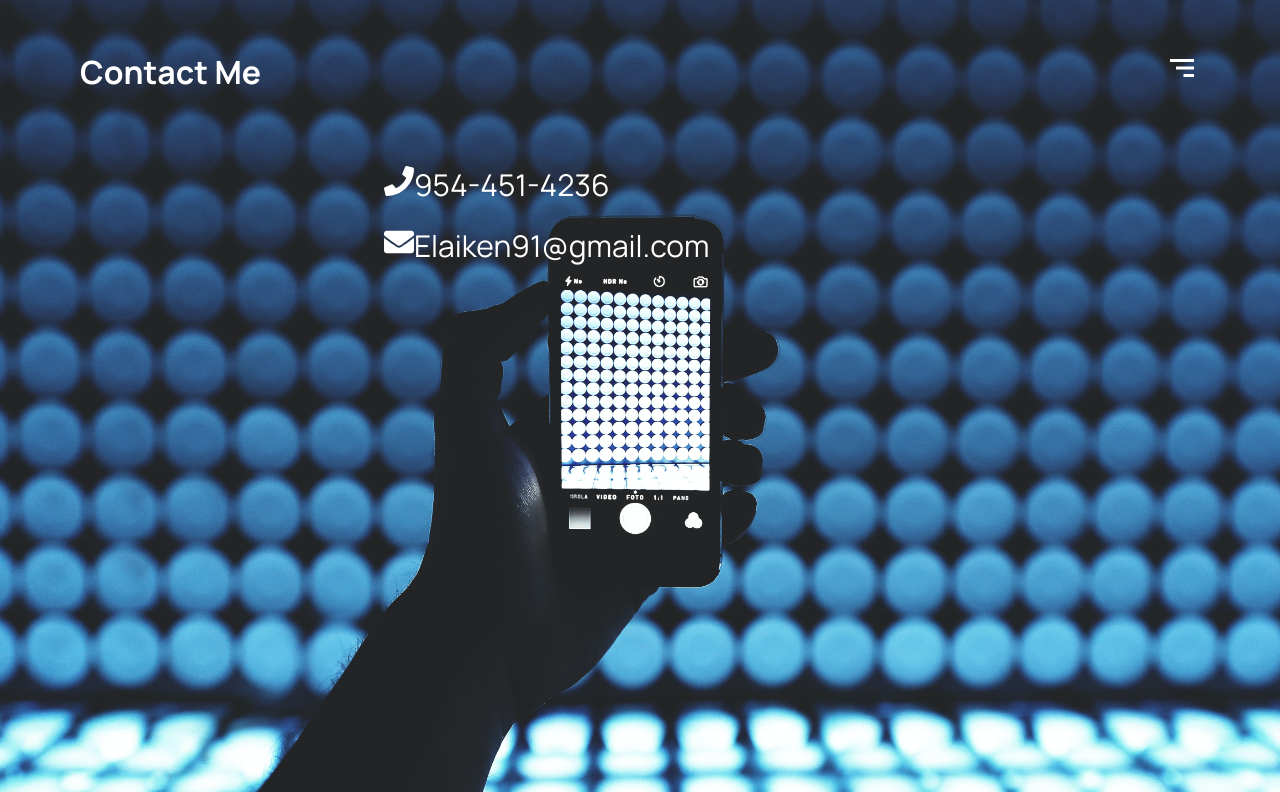
Repository: elaiken/portfolio
Page: /contact-me
The author's editor kept a copy of each file at every save. The page is drawn from the files as they stood at one save, then again after the next save.
The browser window is 1280 px wide. The pictures show the whole page.
The project was rebuilt for these pictures with package versions that can differ from the ones it lists, and the page was loaded fresh each time. Also part of the build but not shown: src/components/Error.js, src/components/Home.js, src/components/Projects.js.

Above is the page before, as saved 2021-11-26 14:01:04.

### public/index.html
<!DOCTYPE html>
<html lang="en">
  <head>
    <meta charset="utf-8" />
    <link rel="icon" href="%PUBLIC_URL%/favicon.ico" />
    <meta name="viewport" content="width=device-width, initial-scale=1" />
    <meta name="theme-color" content="#000000" />
    <meta
      name="description"
      content="Elliott A Aiken II | Looking for Front-end Role"
    />
    <link rel="apple-touch-icon" href="%PUBLIC_URL%/logo192.png" />
    <!--
      manifest.json provides metadata used when your web app is installed on a
      user's mobile device or desktop. See https://developers.google.com/web/fundamentals/web-app-manifest/
    -->
    <link rel="manifest" href="%PUBLIC_URL%/manifest.json" />
    <link rel="preconnect" href="https://fonts.googleapis.com">
<link rel="preconnect" href="https://fonts.gstatic.com" crossorigin>
<link href="https://fonts.googleapis.com/css2?family=Manrope:wght@200;400;700&family=Poppins:ital,wght@0,500;1,300;1,400&family=Source+Sans+Pro:ital,wght@0,400;0,600;1,300;1,400&display=swap" rel="stylesheet">


    <title>Elliott A Aiken II | Looking for Front-end Role </title>
  </head>
  <body>
    <noscript>You need to enable JavaScript to run this app.</noscript>
    <div id="root"></div>

  </body>
</html>

### src/index.css
:root {
  --background-image:linear-gradient(120deg,hsl(800, 100%, 35%),rgba(200, 84, 69, 0.67));
  --background-overlay:rgba(0,0,0,0.4)
}


*{
  margin: 0;
  padding: 0;
  box-sizing: border-box;
}

ul {
  list-style-type: none;
}

a {
  font-family: inherit;
  text-decoration: none;
  color:gold;




}

img {
  max-width: 100%;
}
body{
  font-family: "Manrope", sans-serif;
  overflow: hidden;
}

/* Menu button */

.menu-btn {
  position: absolute;
  right: 80px;
  margin-top: 50px;
  z-index: 9999999;
}

 .menu-btn button {
  background-color: transparent;
  font-size: 36px;
  color: #fff;
  border:none;
  cursor:pointer;

}

/* Header */

.header {
  position: absolute;
  right: 0;
  height: 0;
  overflow: hidden;
  width: 200px;
  transition: all 0.5s ease-in-out;

}

.header.open {
  height: 100vh;
  background-color:var(--background-overlay);


}

.header nav ul {
  display: flex;
  flex-direction: column;
  align-items: center;
  justify-content: center;
  min-height: 100vh;
}

.header nav ul li {
  margin:20px 0;
}




/* HomePAGE */
.home {
  background: url(./pexels-andre-moura-4021521.jpg);
  background-repeat:no-repeat ;
  background-size: cover;
  background-position:center;
  height: 100vh;
}

.home .overlay {
background-color:var(--background-image);
display: flex;
flex-direction: column ;
align-items: center;
justify-content: center;
min-height: 100vh;
color: white ;
text-align: center;
}

.home .overlay h1 {
  text-transform: uppercase ;
  font-size: 96px;
}
.home .overlay p {
  font-size: 36px;
}

.home .overlay ul {
  display: flex;
  align-items: center;
  justify-content: center;
  margin-top: 30px ;
}

.home .overlay ul li {
  margin: 0 20px;
}

.home .overlay ul li a {
  font-size: 46px;
}

/* Contact */
.contacts{
  background-image: url(./pexels-oleg-magni-861121.jpg);
  background-repeat:no-repeat ;
  background-size: cover;
  background-position:center;
  height: 110vh;
}
.contacts h1 {
padding: 50px 80px;
color: #fff;
}

.contacts ul {
  position: absolute;
  left: 30%;
  translate:traslate(-50%,-50%);

}
.contacts ul a {
  font-size: 30px;
  color: white;
}
.contacts ul li {
  margin: 20px 0;

}

@media (max-width: 992px) {
  .homepage .overlay h1 {
    font-size: 64px;
  }

  @media (max-width: 500px) {
    .menu-btn{
      right:30px
    }
  .homepage .overlay h1 {
    font-size: 48px;
  }
  .homepage .overlay p {
    font-size: 20px;
    margin-top: 20px;
  }
  .homepage .overlay ul li a {
    font-size: 24px;
}
  }
}

### src/App.js
import { BrowserRouter, Route, Routes } from "react-router-dom"
import Error from "./components/Error";
import Home from "./components/Home";
import Menu from "./components/Menu";
import Projects from "./components/Projects";
import Contacts from "./components/Contacts";



const App = () => {
  return (
    <BrowserRouter >
      <Menu />
      <Routes>
        <Route exact path='/' element={<Home />}>
        </Route>
        <Route path="/projects" element={<Projects />}>
        </Route>
        <Route path="contact-me" element={<Contacts />}>
        </Route>
        <Route path="/*" element={<Error />}>
        </Route>
      </Routes>
    </BrowserRouter>
  );
}
export default App;

### src/components/Menu.js
import { useState } from "react"

import { Link } from "react-router-dom"

import { BiMenuAltRight } from "react-icons/bi"
import { navbar } from "../data/navbar"




const Menu = () => {
    const [isOpen, setIsOpen] = useState(false);
    const [links, setLinks] = useState(navbar)


    return (
        <>



            <div className="menu-btn">
                <button onClick={() => setIsOpen(!isOpen)}>
                    <BiMenuAltRight />
                </button >
            </div>
            <header className={`${isOpen ? "header open" : "header"}`}>
                <nav>
                    <ul>
                        {links.map((link) => {
                            const { id, title, url } = link

                            return (
                                <li key={id} onClick={() => setIsOpen(false)}>
                                    <Link to={url}>{title}</Link>
                                </li>
                            )
                        })}
                    </ul>
                </nav>

            </header>

        </>
    )
}

export default Menu

### src/components/Contacts.js
import { FaPhone, FaEnvelope } from "react-icons/fa"



const Contacts = () => {
    return (
        <>
            <div className="contacts">
                <h1> Contact Me </h1>

                <ul>
                    <li>
                        <a href="tel:9544514236"><FaPhone />954-451-4236</a>
                    </li>
                    <li>
                        <a href="mailto:Elaiken91@gamil.com"><FaEnvelope />Elaiken91@gmail.com</a>
                    </li>
                </ul>
            </div>
        </>
    )
}

export default Contacts

### src/data/navbar.js
import { v4 as uuidv4 } from "uuid";


export const navbar = [
    {
        id: uuidv4(),
        title: "Home",
        url: "/"
    },

    {
        id: uuidv4(),
        title: "Projects",
        url: "/projects"
    },

    {
        id: uuidv4(),
        title: "Contacts",
        url: "/contact-me"
    }
]

Loaded but not shown: src/index.js (common file); src/reportWebVitals.js (common file)

After the next save:
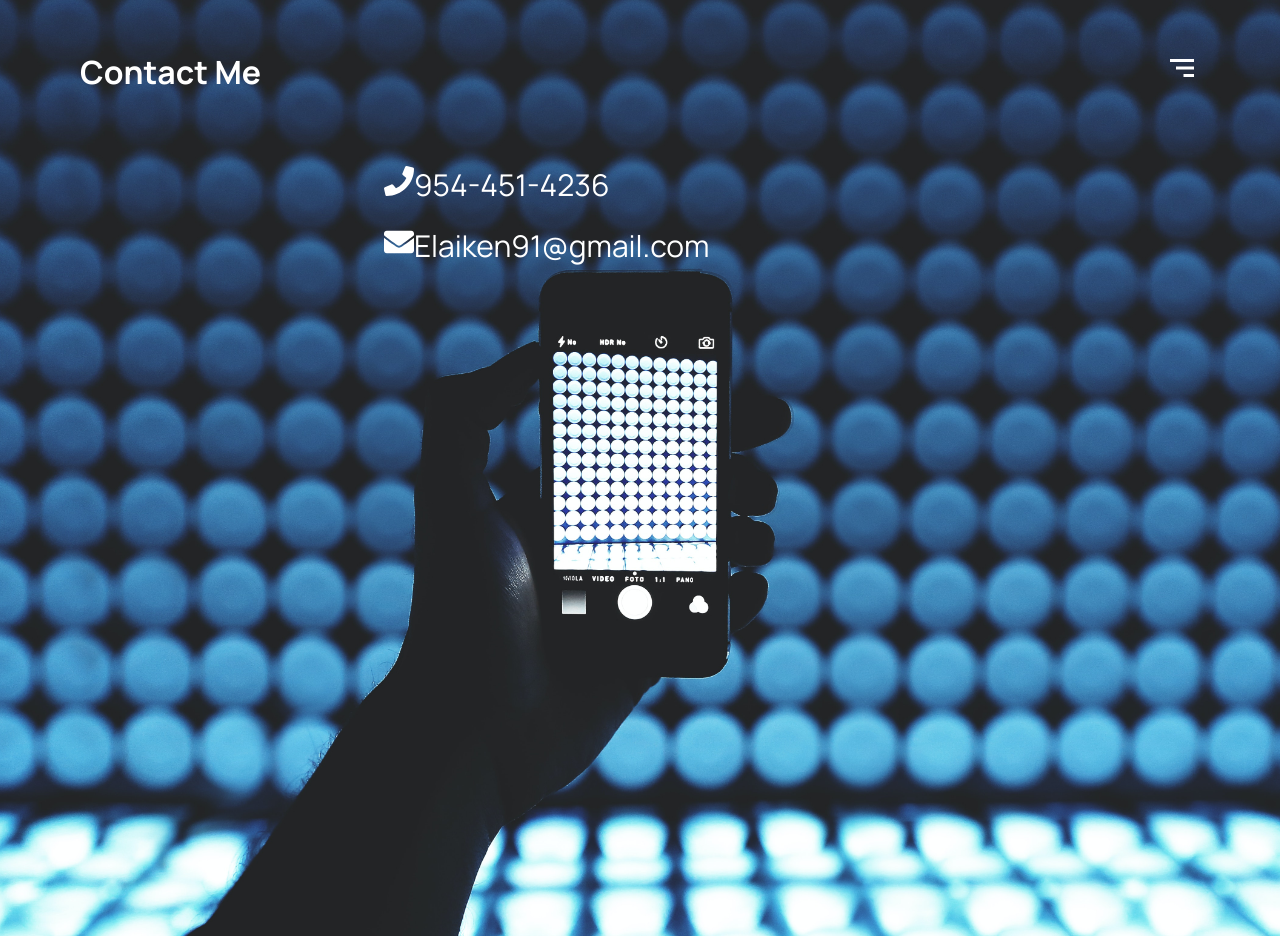
Saved 22 s later.
--- a/src/index.css
+++ b/src/index.css
@@ -133,7 +133,7 @@ text-align: center;
   background-repeat:no-repeat ;
   background-size: cover;
   background-position:center;
-  height: 110vh;
+  height: 130vh;
 }
 .contacts h1 {
 padding: 50px 80px;
